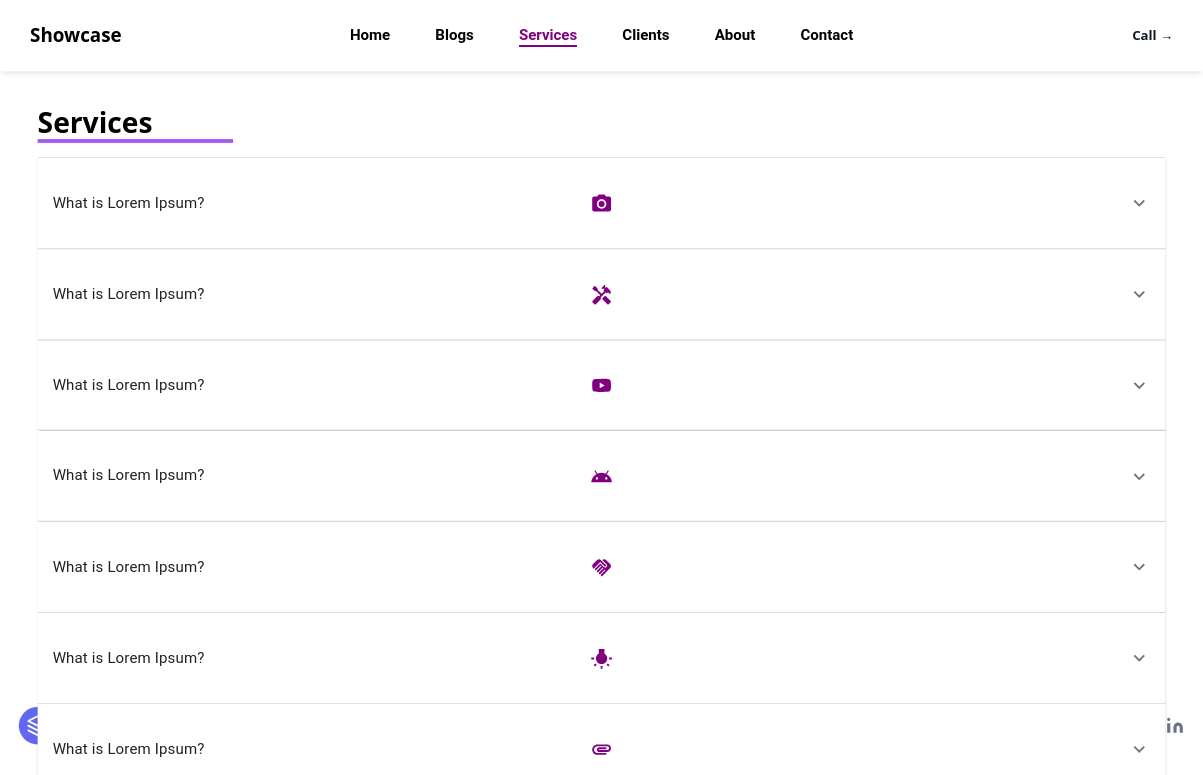
Repository: prashant523580/showcase
Page: /services
The author's editor kept a copy of each file at every save. The page is drawn from the files as they stood at one save, then again after the next save.
The browser window is 1280 px wide. The pictures show the whole page, at 94% of full size.
The project was rebuilt for these pictures with package versions that can differ from the ones it lists, and the page was loaded fresh each time. The framework's server and built-in components were replaced by stand-ins that run in the browser. Also part of the build but not shown: next.config.js.

Above is the page before, as saved 2023-03-25 18:32:15.

### src/pages/_app.tsx
import Footer from '@/components/Footer'
import Navbar from '@/components/Navbar'
import React from "react";
import '@/styles/globals.css'
import type { AppProps } from 'next/app'
import AOS from "aos";
import "aos/dist/aos.css"
export default function App({ Component, pageProps }: AppProps) {
  React.useEffect(()=>{
      AOS.init()
  },[])
  return(
<>
    <Navbar/>
    <Component {...pageProps} />
    <Footer/>
</>
    )
}

### src/pages/services.tsx
import * as React from 'react';
import Accordion from '@mui/material/Accordion';
import AccordionDetails from '@mui/material/AccordionDetails';
import AccordionSummary from '@mui/material/AccordionSummary';
import Typography from '@mui/material/Typography';
import ExpandMoreIcon from '@mui/icons-material/ExpandMore';
import CameraAltIcon from '@mui/icons-material/CameraAlt';
import YouTubeIcon from '@mui/icons-material/YouTube';
import HandymanIcon from '@mui/icons-material/Handyman';
import AndroidIcon from '@mui/icons-material/Android';
import WbIncandescentIcon from '@mui/icons-material/WbIncandescent';
import HandshakeIcon from '@mui/icons-material/Handshake';
import AttachmentIcon from '@mui/icons-material/Attachment';
import htmlParser from "react-html-parser"
const services = [
    {
        id:"1",
        label: "What is Lorem Ipsum?",
        icon: <CameraAltIcon/>,
        description:"Lorem Ipsum is simply dummy text of the printing and typesetting industry. Lorem Ipsum has been the industry&apos;s standard dummy text ever since the 1500s, when an unknown printer took a galley of type and scrambled it to make a type specimen book. It has survived not only five centuries, but also the leap into electronic typesetting, remaining essentially unchanged. It was popularised in the 1960s with the release of Letraset sheets containing Lorem Ipsum passages, and more recently with desktop publishing software like Aldus PageMaker including versions of Lorem Ipsum."
    },
    {
        id:"2",
        label: "What is Lorem Ipsum?",
        icon:<HandymanIcon/>,
        description:"Lorem Ipsum is simply dummy text of the printing and typesetting industry. Lorem Ipsum has been the industry&apos;s standard dummy text ever since the 1500s, when an unknown printer took a galley of type and scrambled it to make a type specimen book. It has survived not only five centuries, but also the leap into electronic typesetting, remaining essentially unchanged. It was popularised in the 1960s with the release of Letraset sheets containing Lorem Ipsum passages, and more recently with desktop publishing software like Aldus PageMaker including versions of Lorem Ipsum."
    },
    {
        id:"3",
        label: "What is Lorem Ipsum?",
        icon:<YouTubeIcon/>,
        description:"Lorem Ipsum is simply dummy text of the printing and typesetting industry. Lorem Ipsum has been the industry&apos;s standard dummy text ever since the 1500s, when an unknown printer took a galley of type and scrambled it to make a type specimen book. It has survived not only five centuries, but also the leap into electronic typesetting, remaining essentially unchanged. It was popularised in the 1960s with the release of Letraset sheets containing Lorem Ipsum passages, and more recently with desktop publishing software like Aldus PageMaker including versions of Lorem Ipsum."
    },
    {
        id:"4",
        label: "What is Lorem Ipsum?",
        icon:<AndroidIcon/>,
        description:"Lorem Ipsum is simply dummy text of the printing and typesetting industry. Lorem Ipsum has been the industry&apos;s standard dummy text ever since the 1500s, when an unknown printer took a galley of type and scrambled it to make a type specimen book. It has survived not only five centuries, but also the leap into electronic typesetting, remaining essentially unchanged. It was popularised in the 1960s with the release of Letraset sheets containing Lorem Ipsum passages, and more recently with desktop publishing software like Aldus PageMaker including versions of Lorem Ipsum."
    },
    {
        id:"5",
        label: "What is Lorem Ipsum?",
        icon:<HandshakeIcon/>,
        description:"Lorem Ipsum is simply dummy text of the printing and typesetting industry. Lorem Ipsum has been the industry&apos;s standard dummy text ever since the 1500s, when an unknown printer took a galley of type and scrambled it to make a type specimen book. It has survived not only five centuries, but also the leap into electronic typesetting, remaining essentially unchanged. It was popularised in the 1960s with the release of Letraset sheets containing Lorem Ipsum passages, and more recently with desktop publishing software like Aldus PageMaker including versions of Lorem Ipsum."
    },
    {
        id:"6",
        label: "What is Lorem Ipsum?",
        icon:<WbIncandescentIcon/>,
        description:"Lorem Ipsum is simply dummy text of the printing and typesetting industry. Lorem Ipsum has been the industry&apos;s standard dummy text ever since the 1500s, when an unknown printer took a galley of type and scrambled it to make a type specimen book. It has survived not only five centuries, but also the leap into electronic typesetting, remaining essentially unchanged. It was popularised in the 1960s with the release of Letraset sheets containing Lorem Ipsum passages, and more recently with desktop publishing software like Aldus PageMaker including versions of Lorem Ipsum."
    },
    {
        id:"7",
        label: "What is Lorem Ipsum?",
        icon:<AttachmentIcon/>,
        description:"Lorem Ipsum is simply dummy text of the printing and typesetting industry. Lorem Ipsum has been the industry&apos;s standard dummy text ever since the 1500s, when an unknown printer took a galley of type and scrambled it to make a type specimen book. It has survived not only five centuries, but also the leap into electronic typesetting, remaining essentially unchanged. It was popularised in the 1960s with the release of Letraset sheets containing Lorem Ipsum passages, and more recently with desktop publishing software like Aldus PageMaker including versions of Lorem Ipsum."
    },
]
export default function Sercices() {
  const [expanded, setExpanded] = React.useState<string | false>(false);

  const handleChange =
    (panel: string) => (event: React.SyntheticEvent, isExpanded: boolean) => {
      setExpanded(isExpanded ? panel : false);
    };

  return (
    <div className='py-24 px-10 h-[100vh]'>
        <div className="py-4">

        <h1 className='font-bold text-3xl'>Services</h1>
        <div  className='w-52 h-1 bg-purple-500'></div>
        </div>
        {
            services.map((service,ind) => {
                return(

                <Accordion expanded={expanded === `panel${ind}`} onChange={handleChange(`panel${ind}`)}>
                    <AccordionSummary
                    expandIcon={<ExpandMoreIcon />}
                    aria-controls="panel1bh-content"
                    id="panel1bh-header"
                    sx={{
                        py:3
                    }}
                    >
                    <Typography sx={{ width: '50%', flexShrink: 0 }}>
                        {service.label}
                    </Typography>
                    <Typography sx={{ color: 'purple' }}>{service.icon}</Typography>
                    </AccordionSummary>
                    <AccordionDetails>
                    <Typography>
                       {htmlParser(service.description)}
                    </Typography>
                    </AccordionDetails>
                </Accordion>
                )
            })
        }

    </div>
  );
}

### src/components/Footer.tsx
import React from 'react'

export default function Footer() {
  return (
    <footer className="text-gray-600 body-font">
  <div className="container px-5 py-8 mx-auto flex items-center sm:flex-row flex-col">
    <a className="flex title-font font-medium items-center md:justify-start justify-center text-gray-900">
      <svg xmlns="http://www.w3.org/2000/svg" fill="none" stroke="currentColor" stroke-linecap="round" stroke-linejoin="round" stroke-width="2" className="w-10 h-10 text-white p-2 bg-indigo-500 rounded-full" viewBox="0 0 24 24">
        <path d="M12 2L2 7l10 5 10-5-10-5zM2 17l10 5 10-5M2 12l10 5 10-5"></path>
      </svg>
      <span className="ml-3 text-xl">Showcase</span>
    </a>
    <p className="text-sm text-gray-500 sm:ml-4 sm:pl-4 sm:border-l-2 sm:border-gray-200 sm:py-2 sm:mt-0 mt-4">© 2020 Tailblocks —
      <a href="https://twitter.com/knyttneve" className="text-gray-600 ml-1" rel="noopener noreferrer" target="_blank">@knyttneve</a>
    </p>
    <span className="inline-flex sm:ml-auto sm:mt-0 mt-4 justify-center sm:justify-start">
      <a className="text-gray-500">
        <svg fill="currentColor" stroke-linecap="round" stroke-linejoin="round" stroke-width="2" className="w-5 h-5" viewBox="0 0 24 24">
          <path d="M18 2h-3a5 5 0 00-5 5v3H7v4h3v8h4v-8h3l1-4h-4V7a1 1 0 011-1h3z"></path>
        </svg>
      </a>
      <a className="ml-3 text-gray-500">
        <svg fill="currentColor" stroke-linecap="round" stroke-linejoin="round" stroke-width="2" className="w-5 h-5" viewBox="0 0 24 24">
          <path d="M23 3a10.9 10.9 0 01-3.14 1.53 4.48 4.48 0 00-7.86 3v1A10.66 10.66 0 013 4s-4 9 5 13a11.64 11.64 0 01-7 2c9 5 20 0 20-11.5a4.5 4.5 0 00-.08-.83A7.72 7.72 0 0023 3z"></path>
        </svg>
      </a>
      <a className="ml-3 text-gray-500">
        <svg fill="none" stroke="currentColor" stroke-linecap="round" stroke-linejoin="round" stroke-width="2" className="w-5 h-5" viewBox="0 0 24 24">
          <rect width="20" height="20" x="2" y="2" rx="5" ry="5"></rect>
          <path d="M16 11.37A4 4 0 1112.63 8 4 4 0 0116 11.37zm1.5-4.87h.01"></path>
        </svg>
      </a>
      <a className="ml-3 text-gray-500">
        <svg fill="currentColor" stroke="currentColor" stroke-linecap="round" stroke-linejoin="round" stroke-width="0" className="w-5 h-5" viewBox="0 0 24 24">
          <path stroke="none" d="M16 8a6 6 0 016 6v7h-4v-7a2 2 0 00-2-2 2 2 0 00-2 2v7h-4v-7a6 6 0 016-6zM2 9h4v12H2z"></path>
          <circle cx="4" cy="4" r="2" stroke="none"></circle>
        </svg>
      </a>
    </span>
  </div>
</footer>
  )
}

### src/components/Navbar.tsx
// import React from 'react'

// export default function Navbar() {
//   return (
//     <header className="text-gray-600 body-font">
//   <div className="container mx-auto flex flex-wrap p-5 flex-col md:flex-row items-center">
//     <nav className="flex lg:w-2/5 flex-wrap items-center text-base md:ml-auto">
//       <a className="mr-5 hover:text-gray-900">First Link</a>
//       <a className="mr-5 hover:text-gray-900">Second Link</a>
//       <a className="mr-5 hover:text-gray-900">Third Link</a>
//       <a className="hover:text-gray-900">Fourth Link</a>
//     </nav>
//     <a className="flex order-first lg:order-none lg:w-1/5 title-font font-medium items-center text-gray-900 lg:items-center lg:justify-center mb-4 md:mb-0">
//       <svg xmlns="http://www.w3.org/2000/svg" fill="none" stroke="currentColor" stroke-linecap="round" stroke-linejoin="round" stroke-width="2" className="w-10 h-10 text-white p-2 bg-indigo-500 rounded-full" viewBox="0 0 24 24">
//         <path d="M12 2L2 7l10 5 10-5-10-5zM2 17l10 5 10-5M2 12l10 5 10-5"></path>
//       </svg>
//       <span className="ml-3 text-xl">Tailblocks</span>
//     </a>
//     <div className="lg:w-2/5 inline-flex lg:justify-end ml-5 lg:ml-0">
//       <button className="inline-flex items-center bg-gray-100 border-0 py-1 px-3 focus:outline-none hover:bg-gray-200 rounded text-base mt-4 md:mt-0">Button
//         <svg fill="none" stroke="currentColor" stroke-linecap="round" stroke-linejoin="round" stroke-width="2" className="w-4 h-4 ml-1" viewBox="0 0 24 24">
//           <path d="M5 12h14M12 5l7 7-7 7"></path>
//         </svg>
//       </button>
//     </div>
//   </div>
// </header>
//   )
// }
import React, { useState } from 'react'
import {useRouter} from "next/router"
import { Dialog } from '@headlessui/react'
import { Bars3Icon, XMarkIcon } from '@heroicons/react/24/outline'
import Link from 'next/link'

const navigation = [
  { name: 'Home', href: '/' },
  { name: 'Blogs', href: '/blogs' },
  { name: 'Services', href: '/services' },
  { name: 'Clients', href: '/clients' },
  { name: 'About', href: '/about' },
  { name: 'Contact', href: '/contact' },
]
function ActiveLink({ children, href } : any) {
  const router = useRouter();
  const style = {
      // padding: 10,
    // marginRight: 10,
    fontWeight:"bold",
    color: router.asPath === href ? 'purple' : 'black',
    boxShadow:  router.asPath === href ? "inset 0 -2px 0 0 purple" : "none",
    fontFamily: "'Roboto', sans-serif",
  }

  const handleClick = (e : any) => {
    e.preventDefault()
    router.push(href)
  }

  return (
    <a href={href} onClick={handleClick} style={style}>
      {children}
    </a>
  )
}
export default function Example() {
  const [mobileMenuOpen, setMobileMenuOpen] = useState(false)

  return (
    <div className="bg-white">
      <header className="absolute shadow-md bg-white inset-x-0 top-0 z-50">
        <nav className="flex items-center justify-between p-6 lg:px-8" aria-label="Global">
          <div className="flex lg:flex-1">
            <Link href="/" className="-m-1.5 p-1.5">
              <span className="sr-only">Showcase</span>
              {/* <img
                className="h-8 w-auto"
                src="https://tailwindui.com/img/logos/mark.svg?color=indigo&shade=600"
                alt=""
              /> */}
              <h1 className='font-bold text-xl'>Showcase</h1>
            </Link>
          </div>
          <div className="flex lg:hidden">
            <button
              type="button"
              className="-m-2.5 inline-flex items-center justify-center rounded-md p-2.5 text-gray-700"
              onClick={() => setMobileMenuOpen(true)}
            >
              <span className="sr-only">Open main menu</span>
              <Bars3Icon className="h-6 w-6" aria-hidden="true" />
            </button>
          </div>
          <div className="hidden lg:flex lg:gap-x-12">
            {navigation.map((item) => (
              <ActiveLink key={item.name} href={item.href}>
                {item.name}
              </ActiveLink>
            ))}
          </div>
          <div className="hidden lg:flex lg:flex-1 lg:justify-end">
            <Link href="tel:+9779816514719" className="text-sm font-semibold leading-6 text-gray-900">
              Call <span aria-hidden="true">&rarr;</span>
            </Link>
          </div>
        </nav>
        <Dialog as="div" className="lg:hidden transition-all" open={mobileMenuOpen} onClose={setMobileMenuOpen}>
          <div className="fixed inset-0 z-50  transition-all" />
          <Dialog.Panel className="fixed transition-all inset-y-0 right-0 z-50 w-full overflow-y-auto bg-white px-6 py-6 sm:max-w-sm sm:ring-1 sm:ring-gray-900/10">
            <div className="flex items-center justify-between">
              <Link href="#" className="-m-1.5 p-1.5">
                <span className="sr-only">Showcase</span>
                <img
                  className="h-8 w-auto"
                  src="https://tailwindui.com/img/logos/mark.svg?color=indigo&shade=600"
                  alt=""
                />
              </Link>
              <button
                type="button"
                className="-m-2.5 rounded-md p-2.5 text-gray-700"
                onClick={() => setMobileMenuOpen(false)}
              >
                <span className="sr-only">Close menu</span>
                <XMarkIcon className="h-6 w-6" aria-hidden="true" />
              </button>
            </div>
            <div className="mt-6 flow-root">
              <div className="-my-6 divide-y divide-gray-500/10">
                <div className="space-y-2 py-6">
                  {navigation.map((item) => (
                    <Link
                      key={item.name}
                      href={item.href}
                      className="-mx-3 block rounded-lg py-2 px-3 text-base font-semibold leading-7 text-gray-900 hover:bg-gray-50"
                    >
                      {item.name}
                    </Link>
                  ))}
                </div>
                <div className="py-6">
                  <Link
                    href="#"
                    className="-mx-3 block rounded-lg py-2.5 px-3 text-base font-semibold leading-7 text-gray-900 hover:bg-gray-50"
                  >
                    Log in
                  </Link>
                </div>
              </div>
            </div>
          </Dialog.Panel>
        </Dialog>
      </header>


    </div>
  )
}

### src/styles/globals.css
@tailwind base;
@tailwind components;
@tailwind utilities;
@import url('https://fonts.googleapis.com/css2?family=Aclonica&family=Caveat&family=DM+Serif+Text&family=Oswald&family=Roboto&family=Vollkorn&display=swap');

:root {
  --max-width: 1100px;
  --border-radius: 12px;
  --font-mono: ui-monospace, Menlo, Monaco, 'Cascadia Mono', 'Segoe UI Mono',
    'Roboto Mono', 'Oxygen Mono', 'Ubuntu Monospace', 'Source Code Pro',
    'Fira Mono', 'Droid Sans Mono', 'Courier New', monospace;

  --foreground-rgb: 0, 0, 0;
  --background-start-rgb: 214, 219, 220;
  --background-end-rgb: 255, 255, 255;

  --primary-glow: conic-gradient(
    from 180deg at 50% 50%,
    #16abff33 0deg,
    #0885ff33 55deg,
    #54d6ff33 120deg,
    #0071ff33 160deg,
    transparent 360deg
  );
  --secondary-glow: radial-gradient(
    rgba(255, 255, 255, 1),
    rgba(255, 255, 255, 0)
  );

  --tile-start-rgb: 239, 245, 249;
  --tile-end-rgb: 228, 232, 233;
  --tile-border: conic-gradient(
    #00000080,
    #00000040,
    #00000030,
    #00000020,
    #00000010,
    #00000010,
    #00000080
  );

  --callout-rgb: 238, 240, 241;
  --callout-border-rgb: 172, 175, 176;
  --card-rgb: 180, 185, 188;
  --card-border-rgb: 131, 134, 135;
}

@media (prefers-color-scheme: dark) {
  :root {
    --foreground-rgb: 255, 255, 255;
    --background-start-rgb: 0, 0, 0;
    --background-end-rgb: 0, 0, 0;

    --primary-glow: radial-gradient(rgba(1, 65, 255, 0.4), rgba(1, 65, 255, 0));
    --secondary-glow: linear-gradient(
      to bottom right,
      rgba(1, 65, 255, 0),
      rgba(1, 65, 255, 0),
      rgba(1, 65, 255, 0.3)
    );

    --tile-start-rgb: 2, 13, 46;
    --tile-end-rgb: 2, 5, 19;
    --tile-border: conic-gradient(
      #ffffff80,
      #ffffff40,
      #ffffff30,
      #ffffff20,
      #ffffff10,
      #ffffff10,
      #ffffff80
    );

    --callout-rgb: 20, 20, 20;
    --callout-border-rgb: 108, 108, 108;
    --card-rgb: 100, 100, 100;
    --card-border-rgb: 200, 200, 200;
  }
}

* {
  box-sizing: border-box;
  padding: 0;
  margin: 0;
}

html,
body {
  max-width: 100vw;
  overflow-x: hidden;

}

body {
  /* color: rgb(var(--foreground-rgb)); */
  /* background: linear-gradient(
      to bottom,
      transparent,
      rgb(var(--background-end-rgb))
    )
    rgb(var(--background-start-rgb)); */
      /*
    font-family: 'Vollkorn', serif;
    font-family: 'Oswald', sans-serif;
    font-family: 'Aclonica', sans-serif;
    font-family: 'Caveat', cursive;
    font-family: 'DM Serif Text', serif;
    font-family: 'Roboto', sans-serif;
    */
}

a {
  color: inherit;
  text-decoration: none;
}

/* @media (prefers-color-scheme: dark) {
  html {
    color-scheme: dark;
  }
} */

Loaded but not shown: src/pages/_document.tsx (common file); tailwind.config.js (common file)

After the next save:
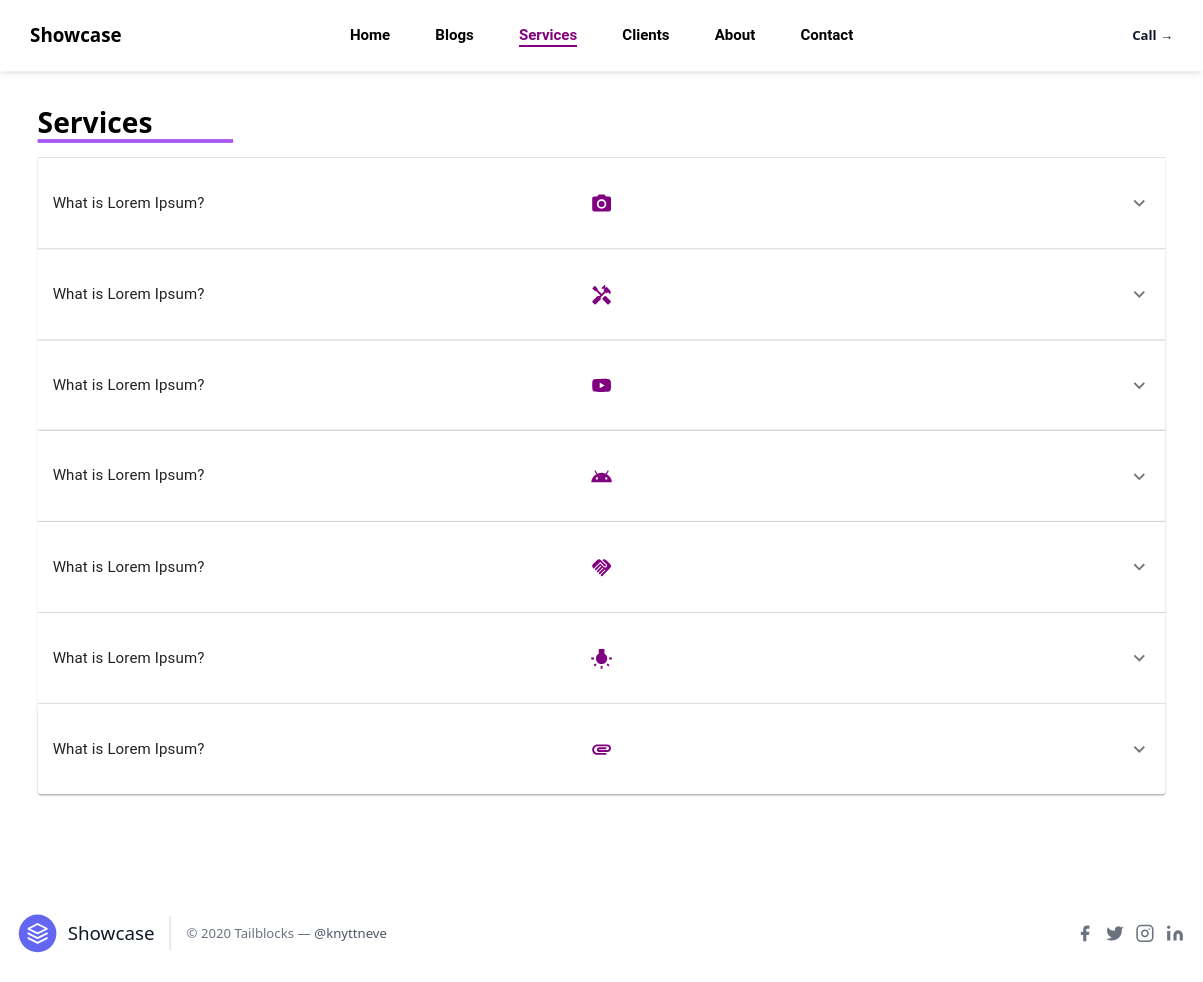
Saved 16 s later.
--- a/src/pages/services.tsx
+++ b/src/pages/services.tsx
@@ -65,7 +65,7 @@ export default function Sercices() {
     };
 
   return (
-    <div className='py-24 px-10 h-[100vh]'>
+    <div className='py-24 px-10'>
         <div className="py-4">
 
         <h1 className='font-bold text-3xl'>Services</h1>
